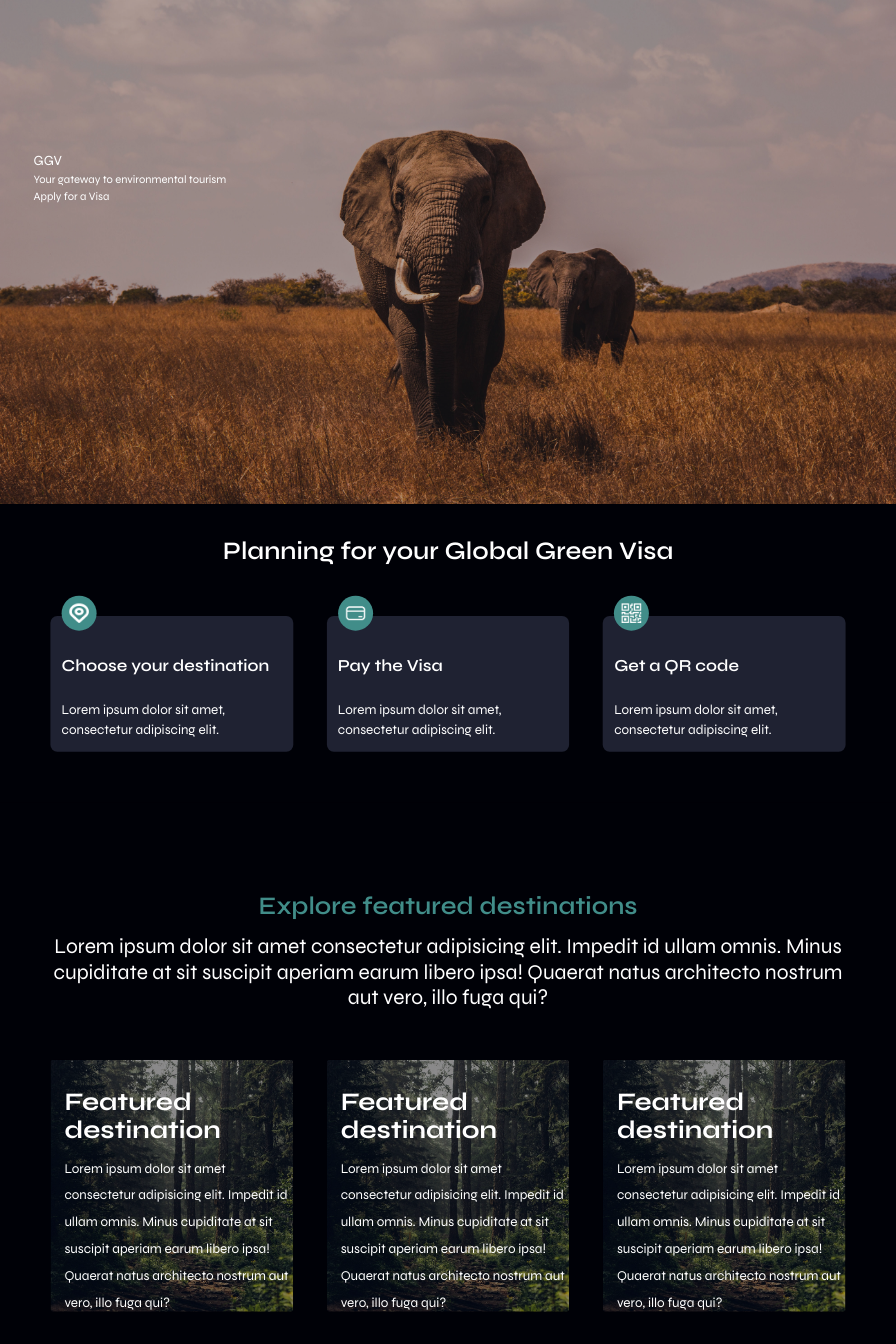
Repository: EngrAhmadUmar/landing-page
Page: /main
The author's editor kept a copy of each file at every save. The page is drawn from the files as they stood at one save, then again after the next save.
The browser window is 1280 px wide. The pictures show the part of the page from y = 0 to 1920 px (the page is 2716 px tall), at 70% of full size.
The page's requests for data from a server got no answer. The project was rebuilt for these pictures with package versions that can differ from the ones it lists, and the page was loaded fresh each time. The framework's server and built-in components were replaced by stand-ins that run in the browser. No one was signed in, and anything a server would have sent is missing. Also part of the build but not shown: next.config.js, styles/Home.module.css, src/Components/MainPageComponents/AreasOfConservation.jsx.

Above is the page before, as saved 2022-06-29 13:12:25.

### pages/_app.js
import "../styles/globals.css";
import { ApolloClient, InMemoryCache, ApolloProvider } from "@apollo/client";

//apollo clients
const client = new ApolloClient({
  uri: "http://localhost:1337/graphql",
  cache: new InMemoryCache()
});

function MyApp({ Component, pageProps }) {
  return (
    <ApolloProvider client={client}>
      <Component {...pageProps} />
    </ApolloProvider>
  );
}

export default MyApp;

### pages/main.js
import React from "react";
import { gql, ApolloClient, InMemoryCache } from "@apollo/client";
import {
  HeroSection,
  PlanningVisa,
  FeaturedDestination,
  AreasOfConservation,
  Footer
} from "../src/Components/MainPageComponents";

export default function main({ areas }) {
  return (
    <React.Fragment>
      <div className="bg-[#000107] font-syne">
        <HeroSection />
        <PlanningVisa />
        <FeaturedDestination />
        {/* <AreasOfConservation areas={areas} /> */}

        <Footer />
      </div>
    </React.Fragment>
  );
}

// export async function getServerSideProps() {
//   const client = new ApolloClient({
//     uri: "http://localhost:1337/graphql",
//     cache: new InMemoryCache()
//   });

//   const { data } = await client.query({
//     query: gql`
//       query GetInvestmentAreas {
//         conservationAreas {
//           data {
//             id
//             attributes {
//               title
//               short_description
//             }
//           }
//         }
//       }
//     `
//   });

//   console.log("data", data);
//   return {
//     props: {
//       areas: data.conservationAreas.data
//     }
//   };
// }

### styles/globals.css
@import url("https://fonts.googleapis.com/css2?family=Poppins:wght@400;500;600&family=Syne:wght@400;500;600;700&display=swap");

@tailwind base;
@tailwind components;
@tailwind utilities;

### src/Components/MainPageComponents/index.jsx
export { default as HeroSection } from "./HeroSection";
export { default as PlanningVisa } from "./PlanningVisa";
export { default as FeaturedDestination } from "./FeaturedDestinations";
export { default as AreasOfConservation } from "./AreasOfConservation";
export { default as Footer } from "./Footer";

### src/Components/MainPageComponents/HeroSection.jsx
import Image from "next/image";
import Link from "next/link";
import styles from "../../../styles/Home.module.css";
import Head from "next/head";

const HeroSection = () => {
  return (
    <div className="text-white h-[100vh] relative">
      <Head>
        <title>Welcome to GGV</title>
        <meta name="description" content="Welcome to GGV" />
      </Head>
      <div className="absolute h-[100vh] w-[100vw] -z-1 overflow-hidden">
        <Image
          src="/hero.jpg"
          layout="fill"
          objectFit="cover"
          quality={80}
          alt="hero"
          style={{ opacity: 0.7 }}
        />
      </div>
      <div className="absolute ml-[3rem] mt-[30vh] ">
        <h3 className="text-xl">GGV</h3>
        <h3>Your gateway to environmental tourism</h3>
        <Link href="#">
          <button>Apply for a Visa</button>
        </Link>
      </div>
    </div>
  );
};

export default HeroSection;

### src/Components/MainPageComponents/PlanningVisa.jsx
import React from "react";
import styles from "../../../styles/Home.module.css";
import VisaDesc from "./VisaDesc";
const PlanningVisa = () => {
  return (
    <div className="font-syne flex justify-center text-white">
      <div className="mt-[3rem] max-w-[90vw]">
        <div className="">
          <h3
            className={`${
              styles.headings
            }  ${"text-center text-3xl md:text-4xl  font-semibold"}`}
          >
            Planning for your Global Green Visa
          </h3>
        </div>
        <div className=" mt-16 grid grid-cols-1 p-2 gap-12 md:grid-cols-3">
          <VisaDesc
            title="Choose your destination"
            description="Lorem ipsum dolor sit amet, consectetur adipiscing elit."
            icon="/icons/location_icon.png"
          />
          <VisaDesc
            title="Pay the Visa"
            description="Lorem ipsum dolor sit amet, consectetur adipiscing elit."
            icon="/icons/pay_icon.png"
          />
          <VisaDesc
            title="Get a QR code"
            description="Lorem ipsum dolor sit amet, consectetur adipiscing elit."
            icon="/icons/bi_qr-code.png"
          />
        </div>

        <p className="text-center mt-8 px-4 leading-loose text-[1.3rem] md:text-[1.5rem] lg:text-[2rem] lg:px-[4rem]"></p>
      </div>
    </div>
  );
};

export default PlanningVisa;

### src/Components/MainPageComponents/FeaturedDestinations.jsx
import React from "react";
import DestinationCard from "./DestinationCard";
import Link from "next/link";
import { useQuery, gql } from "@apollo/client";

const featuredDestinations = gql`
  query GetfeaturedDestinations {
    futureDestinations {
      data {
        id
        attributes {
          title
          short_description
        }
      }
    }
  }
`;

// componentDidMount, ComponentDidUpdate, ComponentDIdRemove

const FeaturedDestinations = () => {
  try {
    const { loading, error, data } = useQuery(featuredDestinations);
    if (loading) return <p>Loading...</p>;
    if (error) {
      console.log("couldn't fetch");
      console.log(error);
    } else {
      destinations = data.futureDestinations.data;
    }
  } catch (error) {
    console.log("couldn't fetch");
    console.log(error);
  }

  return (
    <div className="bg-[#000107] font-syne flex justify-center text-center text-white mt-[2rem]">
      <div className="mt-[1rem] max-w-[90vw]">
        <div className="">
          <h3 className="text-3xl lg:text-4xl mt-[7rem] text-[#418D89] font-semibold">
            Explore featured destinations
          </h3>
        </div>
        <p className="mt-5 leading-loose text-lg lg:text-2xl xl:text-3xl ">
          Lorem ipsum dolor sit amet consectetur adipisicing elit. Impedit id
          ullam omnis. Minus cupiditate at sit suscipit aperiam earum libero
          ipsa! Quaerat natus architecto nostrum aut vero, illo fuga qui?
        </p>

        <div className="grid grid-cols-1 p-2 gap-12 mt-[4rem] md:grid-cols-2 lg:grid-cols-3 ">
          {destinations.map((destination) => {
            return (
              <DestinationCard
                title={destination.title}
                short_description={destination.short_description}
              />
            );
          })}
        </div>
        {/* We will uncomment this one just a litle bit later when we have the content for that page */}

        {/* <button className="bg-[#418d89] py-2 rounded-lg mt-8 mb-3">
          <Link href="#">
            <a className="px-8 py-1 text-lg md:text-2xl">see more</a>
          </Link>
        </button> */}
      </div>
    </div>
  );
};

let destinations = [
  {
    title: "Featured destination",
    short_description:
      "Lorem ipsum dolor sit amet consectetur adipisicing elit. Impedit id ullam omnis. Minus cupiditate at sit suscipit aperiam earum libero ipsa! Quaerat natus architecto nostrum aut vero, illo fuga qui?"
  },
  {
    title: "Featured destination",
    short_description:
      "Lorem ipsum dolor sit amet consectetur adipisicing elit. Impedit id ullam omnis. Minus cupiditate at sit suscipit aperiam earum libero ipsa! Quaerat natus architecto nostrum aut vero, illo fuga qui?"
  },
  {
    title: "Featured destination",
    short_description:
      "Lorem ipsum dolor sit amet consectetur adipisicing elit. Impedit id ullam omnis. Minus cupiditate at sit suscipit aperiam earum libero ipsa! Quaerat natus architecto nostrum aut vero, illo fuga qui?"
  },
  {
    title: "Featured destination",
    short_description:
      "Lorem ipsum dolor sit amet consectetur adipisicing elit. Impedit id ullam omnis. Minus cupiditate at sit suscipit aperiam earum libero ipsa! Quaerat natus architecto nostrum aut vero, illo fuga qui?"
  }
];

export default FeaturedDestinations;

### src/Components/MainPageComponents/Footer.jsx
import React from "react";
import Head from "next/head";
import Image from "next/image";
import Instagram from "../../../public/instagram.png";
import Twitter from "../../../public/twitter.png";
import LinkedIn from "../../../public/linkedin.png";

const Footer = () => {
  return (
    <div className="bg-[#000107] text-center font-syne mt-[5rem] flex flex-col justify-center items-center text-white">
      <Head>
        <title>Stay In Touch</title>
        <meta
          name="keywords"
          content="social media, stay in touch, reach out, ggv, global green visa"
        />
      </Head>
      <div className="top-[20%] px-8">
        <h1 className="text-[#418D89] font-semibold text-[33px] md:text-[2.4rem] ">
          Stay in touch
        </h1>
        <p className="font-normal text-[1.5rem] mt-5 md:text-[1.8rem] ">
          Keep in touch with us on our social media pages
        </p>
      </div>

      <div className="flex justify-between gap-6 mt-[5rem]">
        <Image src={Instagram} alt="Instagram" width={46} height={46} />
        <Image src={Twitter} alt="Instagram" width={46} height={46} />
        <Image src={LinkedIn} alt="Instagram" width={46} height={46} />
      </div>
      <div className=" font-semibold flex justify-center items-center gap-5 mt-[3rem] mb-6">
        <div className="text-md border-white border-solid border-2 rounded-full w-5 h-5 flex justify-center items-center">
          C
        </div>
        <div className="text-xs md:text-lg">All rights reserved 2022 GGV</div>
      </div>
    </div>
  );
};

export default Footer;

### src/Components/MainPageComponents/VisaDesc.jsx
import React from "react";

const VisaDesc = ({ icon, title, description }) => {
  return (
    <section className=" py-4 px-4 bg-[#1F2232] rounded-[10px] ">
      <div className="rounded-[50%] bg-[#418d89] w-[50px] h-[50px] my-[-45px] absolute z-10 flex justify-center align-center">
        <img src={icon} alt="" width={28} className="my-auto" />
      </div>
      <h5 className="mt-10 mb-8 text-2xl font-semibold">{title}</h5>
      <p className="text-[1rem] md:text-[1rem] lg:text-[1.2rem]">
        {description}
      </p>
    </section>
  );
};

export default VisaDesc;

// this is the component which accepts the icon, title and the desc as props
/* Pay the Visa */

### src/Components/MainPageComponents/DestinationCard.jsx
import React from "react";
import Image from "next/image";
import destinationPic from "../../../public/sample-pic.jpeg";

const DestinationCard = ({ title, short_description }) => {
  return (
    <div className="relative h-[50vh] w-full ">
      <Image
        className="rounded opacity-60"
        layout="fill"
        objectFit="cover"
        src={destinationPic}
      />
      <div className="text-left absolute top-10 left-5">
        <h3 className="text-2xl font-bold xl:text-4xl">{title}</h3>
        <p className="mt-4 leading-loose text-[1rem] lg:text-[1.2rem]">
          {short_description}
        </p>
      </div>
    </div>
  );
};

export default DestinationCard;

// this is the card which accepts the destination title etc as props and will be reused later in FeaturedDestination component

### tailwind.config.js
/** @type {import('tailwindcss').Config} */
module.exports = {
  content: [
    "./pages/**/*.{js,ts,jsx,tsx}",
    "./components/**/*.{js,ts,jsx,tsx}",
    "./src/Components/**/*.{js,ts,jsx,tsx}"
  ],
  theme: {
    extend: {
      colors: {
        black: "#000107"
      },
      fontFamily: {
        syne: ["Syne"]
      }
    }
  },
  plugins: []
};

Loaded but not shown: pages/api/checkout_sessions.js (no copy from this time; the picture is the same without it); pages/api/email.js (no copy from this time; the picture is the same without it)

After the next save:
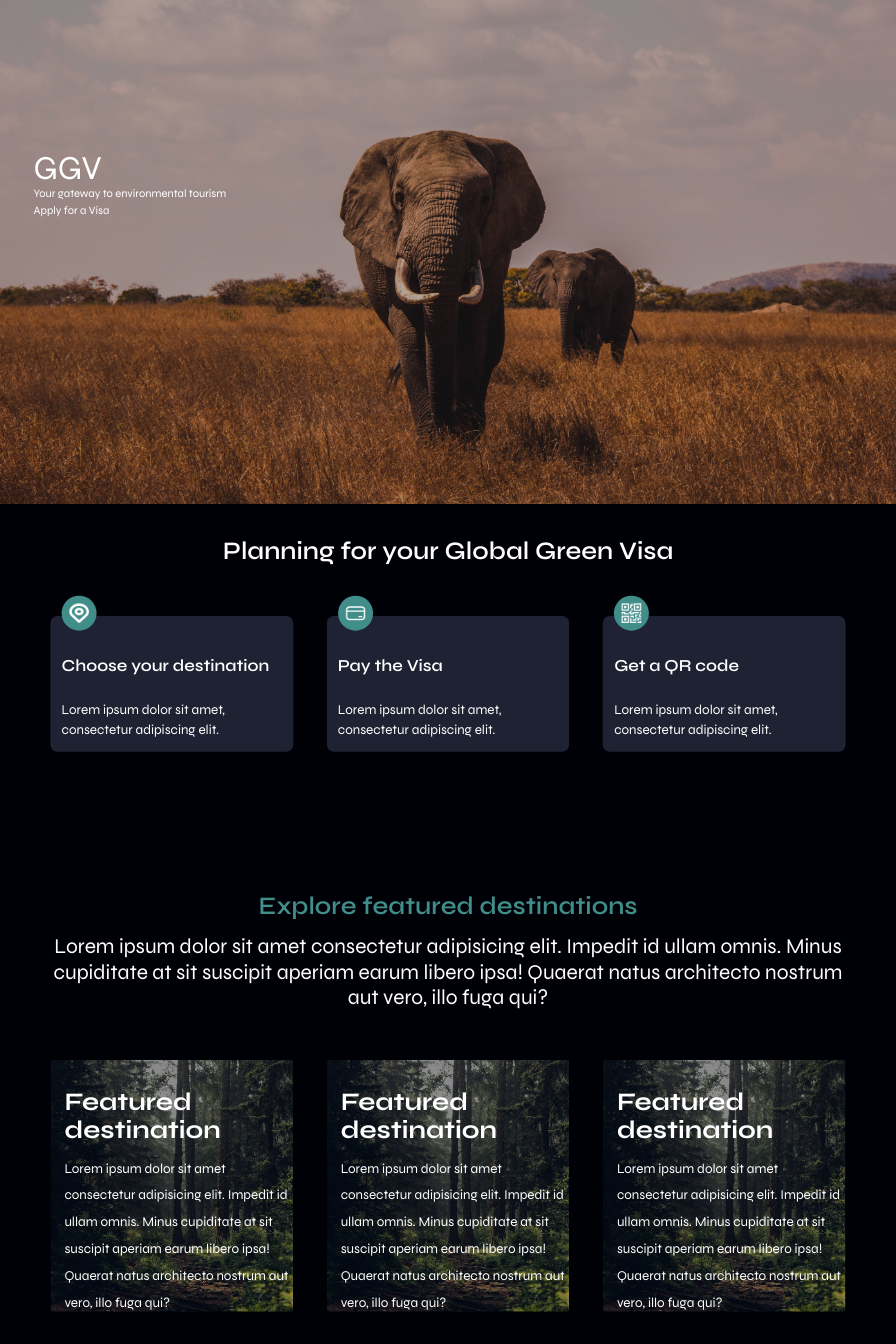
Saved 5 s later.
--- a/src/Components/MainPageComponents/HeroSection.jsx
+++ b/src/Components/MainPageComponents/HeroSection.jsx
@@ -21,7 +21,7 @@ const HeroSection = () => {
         />
       </div>
       <div className="absolute ml-[3rem] mt-[30vh] ">
-        <h3 className="text-xl">GGV</h3>
+        <h3 className="text-5xl">GGV</h3>
         <h3>Your gateway to environmental tourism</h3>
         <Link href="#">
           <button>Apply for a Visa</button>
